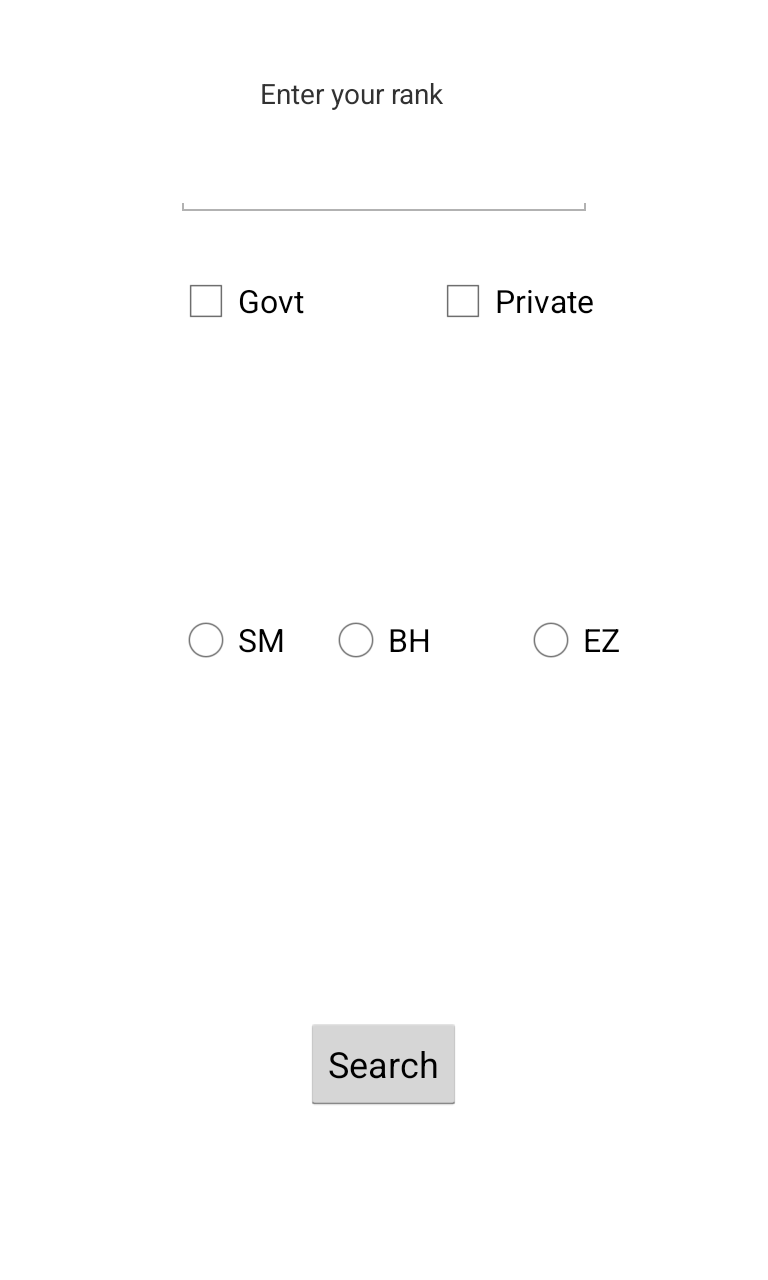
Repository: sandeepsas/Keam360
Layout: KEAM360/res/layout/activity_main.xml
These files come from the project's save history. The layout is drawn as it stood at one moment and after the next save; the edit follows.
It is drawn on a 768 x 1280 px phone screen (xhdpi) without system bars, with theme AppTheme; the app's code is not run.

Above is the layout before, as saved 2015-08-02 18:18:21.

After the next save:
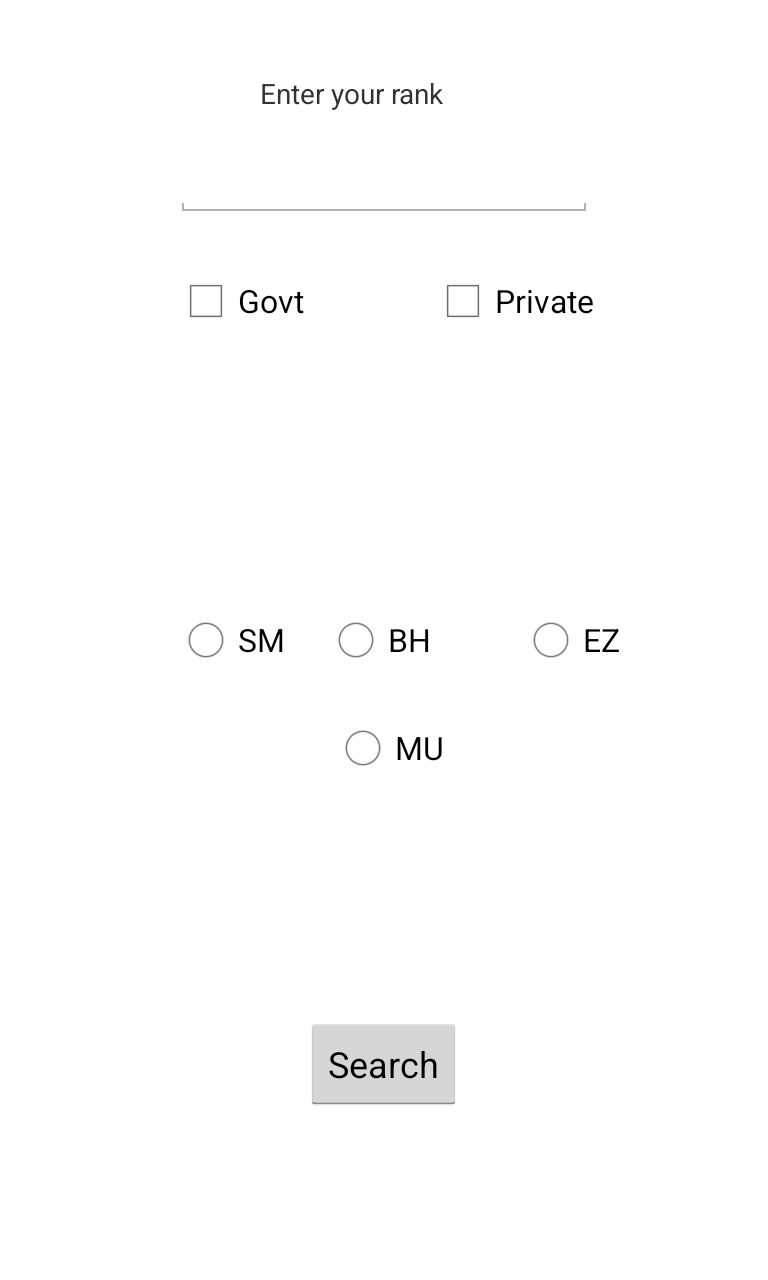
Saved 14 s later.
--- a/KEAM360/res/layout/activity_main.xml
+++ b/KEAM360/res/layout/activity_main.xml
@@ -79,4 +79,13 @@
         android:layout_toRightOf="@+id/button1"
         android:text="EZ" />
 
+    <RadioButton
+        android:id="@+id/RadioButton03"
+        android:layout_width="wrap_content"
+        android:layout_height="wrap_content"
+        android:layout_alignRight="@+id/textView1"
+        android:layout_below="@+id/RadioButton01"
+        android:layout_marginTop="22dp"
+        android:text="MU" />
+
 </RelativeLayout>
